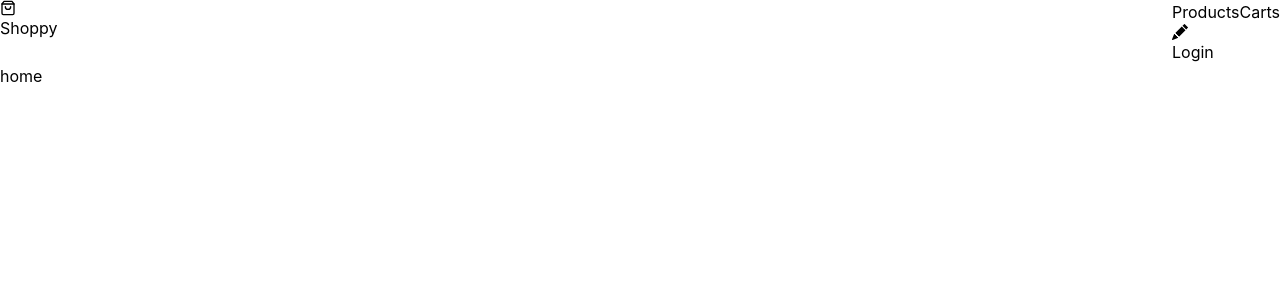
Repository: SeungYn/shoppy
Page: /
These files come from the project's save history. The page is drawn as it stood at one moment and after the next save; the edit follows.
The browser window is 1280 px wide. The pictures show the whole page.
The project was rebuilt for these pictures with package versions that can differ from the ones it lists, and the page was loaded fresh each time. Also part of the build but not shown: src/App.css, src/pages/AllProducts.jsx, src/pages/ProductDetail.jsx, src/pages/MyCart.jsx.

Above is the page before, as saved 2022-11-17 12:41:09.

After the next save:
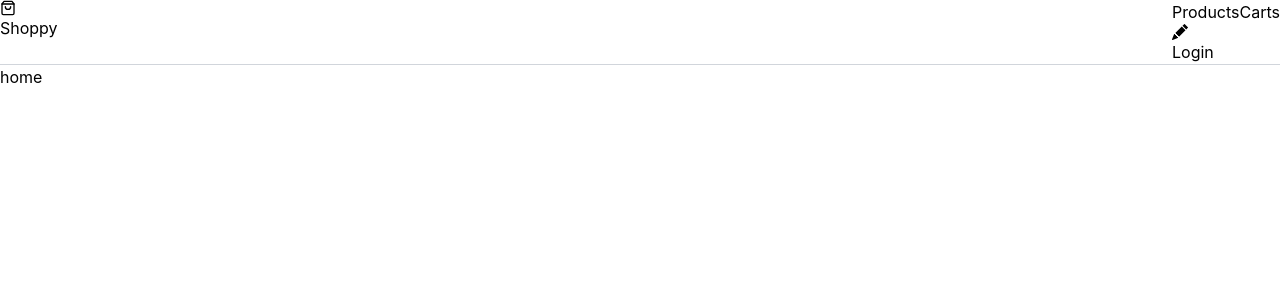
Saved 61 s later.
--- a/src/components/Header.jsx
+++ b/src/components/Header.jsx
@@ -5,7 +5,7 @@
 
 export default function Header() {
   return (
-    <header className={'flex justify-between'}>
+    <header className={'flex justify-between border-b border-gray-300'}>
       <Link to='/'>
         <FiShoppingBag />
         <h1>Shoppy</h1>
